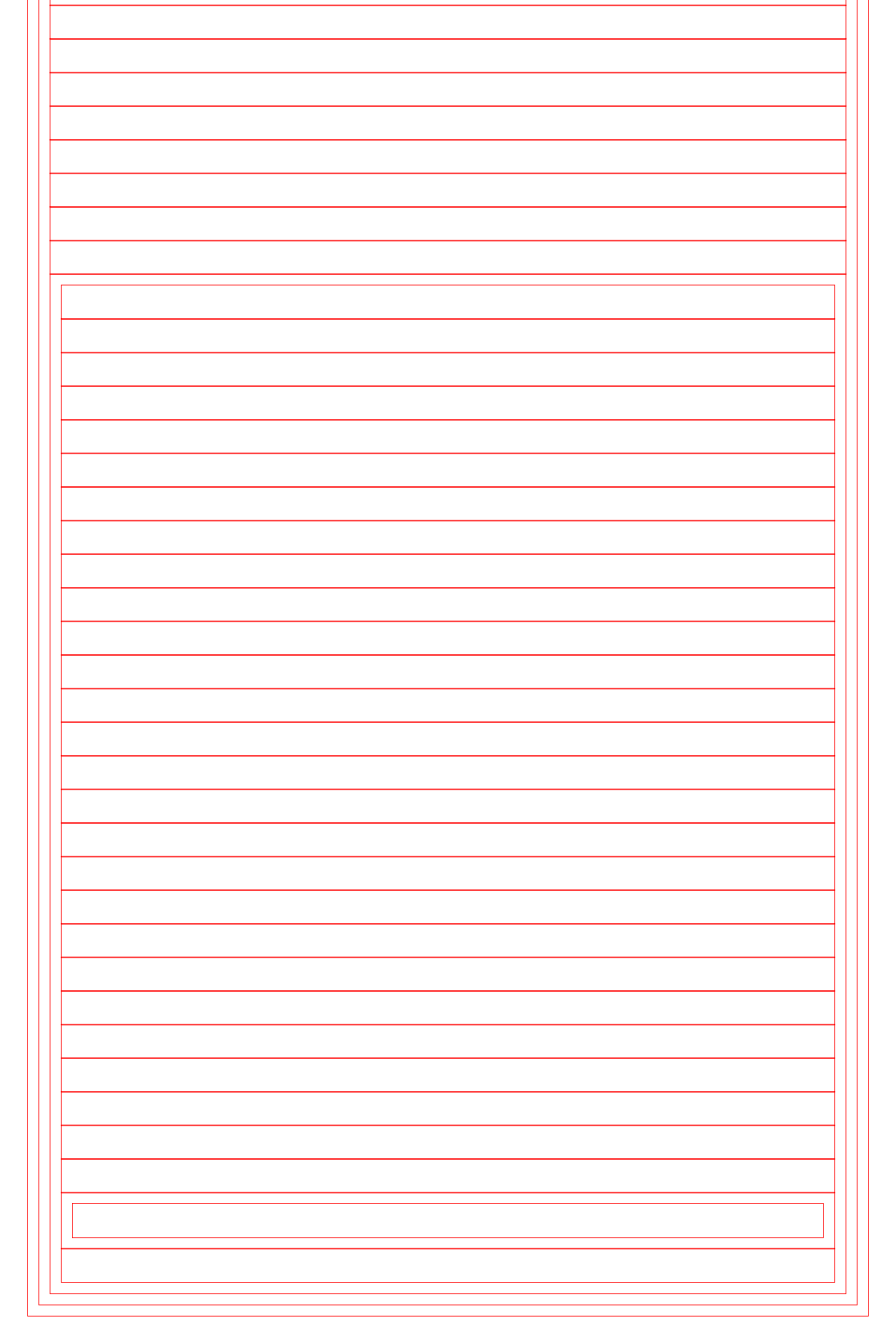
Repository: JacobSkilling-dot/Project1-Blog
Page: Week3-Blog.html
The author's editor kept a copy of each file at every save. The page is drawn from the files as they stood at one save, then again after the next save.
The browser window is 1280 px wide. The pictures show the part of the page from y = 864 to 2784 px (the page is 2784 px tall before and 2736 px after), at 70% of full size.

Above is the page before, as saved 2023-01-18 16:21:43.

### Week3-Blog.html
<!DOCTYPE html>
<html lang="en">
<head>
    <meta charset="UTF-8">
    <meta http-equiv="X-UA-Compatible" content="IE=edge">
    <meta name="viewport" content="width=device-width, initial-scale=1.0">
    <title>Website Template</title>
    <link rel="stylesheet" href="style.css">
</head>
<body>
    <div class="main-content">
    <div class="logo"></div>
        <div class="search-bar"></div>
        <div class="social1"></div>
        <div class="social2"></div>
        <div class="social3"></div>
        <div class="pages"></div>

        <div class="images">
        <div class="large-img1"></div>
        <div class="large-img2"></div>
        <div class="large-img3"></div>
        </div>
<div class="body">
        <div class="header1"></div>
        <div class="body-text1"></div>
        <div class="larger-img1"></div>
        <div class="small-image1"></div>
        <div class="small-image2"></div>
        <div class="small-image3"></div>
        <div class="small-image4"></div>

        <div class="header2"></div>
        <div class="body-text2"></div>
        <div class="larger-img2"></div>
        <div class="small-image5"></div>
        <div class="small-image6"></div>
        <div class="small-image7"></div>
        <div class="small-image8"></div>
<div class="div"></div>

<div class="sidebar">
        <div class="sidebar-header1"></div>
        <div class="sidebar-text1"></div>
        <div class="sidebar-image1"></div>
        <div class="sidebar-text2"></div>
        <div class="sidebar-image2"></div>
        <div class="sidebar-text3"></div>
        <div class="sidebar-image3"></div>


        <div class="sidebar-header2"></div>
        <div class="sidebar-text4"></div>
        <div class="sidebar-image4"></div>
        <div class="sidebar-text5"></div>
        <div class="sidebar-image5"></div>
        <div class="sidebar-text6"></div>
        <div class="sidebar-image6"></div>
        <div class="sidebar-text7"></div>
        <div class="sidebar-image7"></div>
        <div class="sidebar-text8"></div>
        <div class="sidebar-image8"></div>

        <div class="sidebar-header3"></div>
        <div class="sidebar-text9"></div>
        <div class="sidebar-text10"></div>
        <div class="sidebar-text11"></div>
        <div class="sidebar-text12"></div>
        <div class="sidebar-text13"></div>
        <div class="sidebar-text11"></div>
        <div class="sidebar-text12"></div>
        <div class="sidebar-text13"></div>

        <div class="sidebar-header4">
        <div class="sidebar-text14"></div>
        </div>


        <div class="footer"></div>




        </div>
    </div>

</body>
</html>

### style.css
* {
    outline: 1px solid rgb(255, 0, 0);
    padding: 1rem;
    min-height: 1rem;
}

html, body, grammarly-desktop-integration {
    outline: none;
}

After the next save:
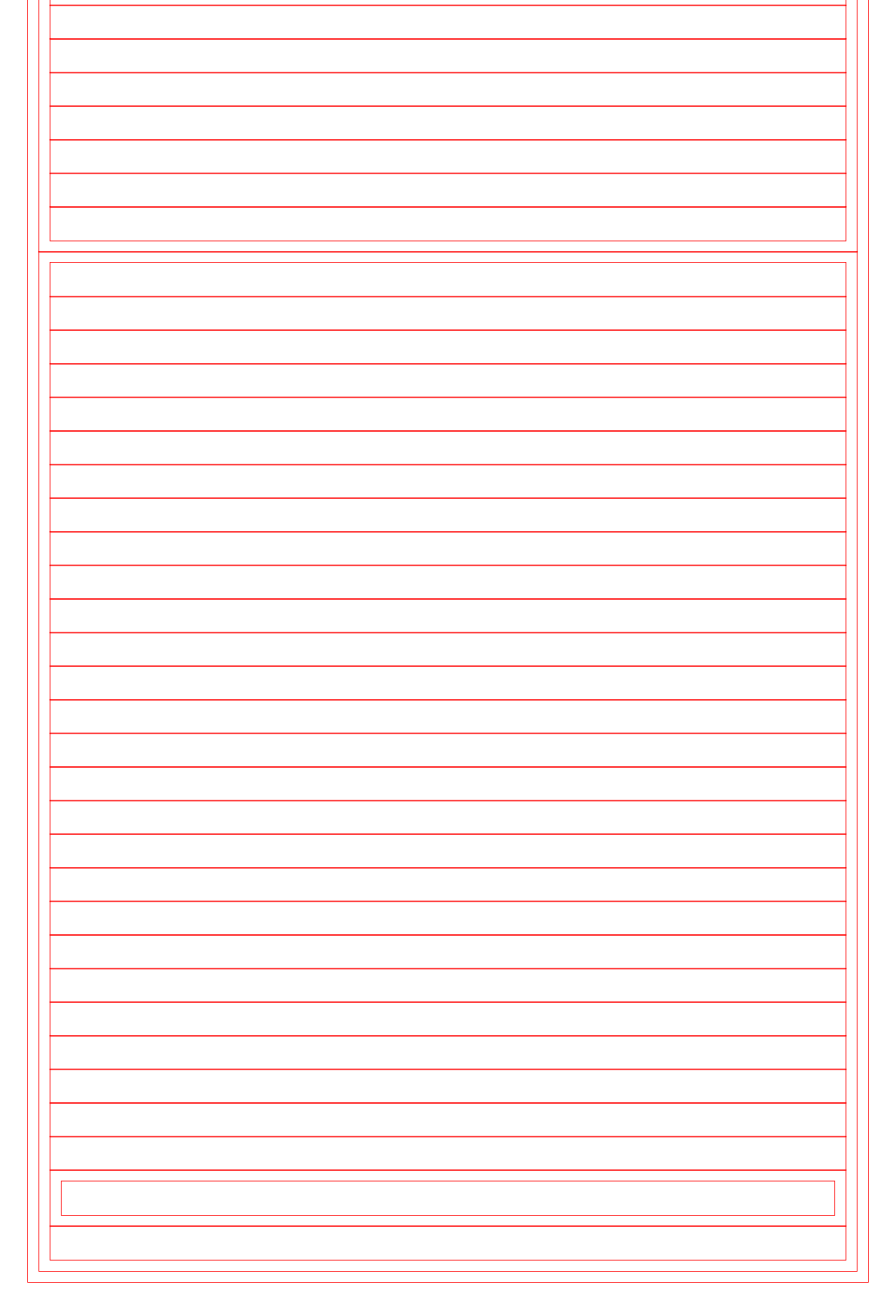
Saved 10 s later.
--- a/Week3-Blog.html
+++ b/Week3-Blog.html
@@ -37,7 +37,7 @@
         <div class="small-image6"></div>
         <div class="small-image7"></div>
         <div class="small-image8"></div>
-<div class="div"></div>
+</div>
 
 <div class="sidebar">
         <div class="sidebar-header1"></div>
